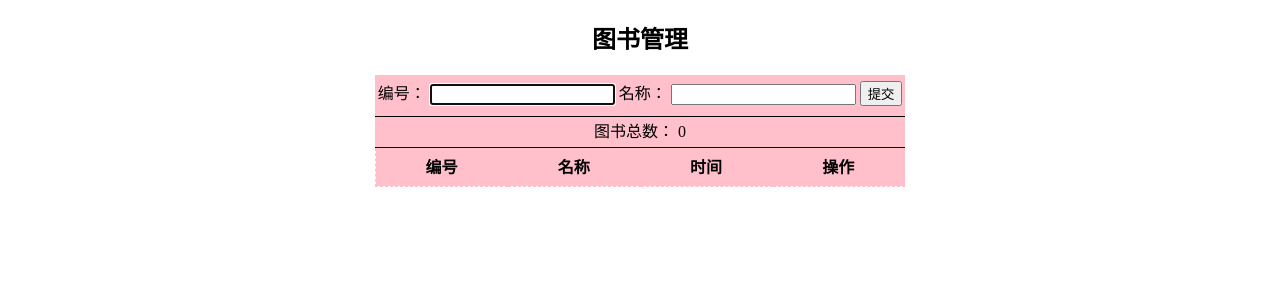
Repository: wjiawei97/FrontEndExercises
Page: 8. book_manegement/public/books.html
The author's editor kept a copy of each file at every save. The page is drawn from the files as they stood at one save, then again after the next save.
The browser window is 1280 px wide. The pictures show the whole page.
The page's requests for data from a server got no answer.

Above is the page before, as saved 2021-08-24 07:07:50.

### 8. book_manegement/public/books.html
<!DOCTYPE html>
<html lang="en">

<head>
    <meta charset="UTF-8">
    <meta http-equiv="X-UA-Compatible" content="IE=edge">
    <meta name="viewport" content="width=device-width, initial-scale=1.0">
    <title>Document</title>
    <link rel="stylesheet" type="text/css" href="css/index.css">
</head>

<body>
    <div id="app">
        <div class="grid">
            <div>
                <h2>图书管理</h2>
                <div class="book">
                    <label for="id">编号：</label>
                    <input type="text" id="id" v-model='id' :disabled="idFlag" v-focus>
                    <label for="name">名称：</label>
                    <input type="text" id="name" v-model='name'>
                    <button @click='handle' :disabled="submitFlag">提交</button>
                </div>
                <div class="total">
                    <span>图书总数：</span>
                    <span>{{total}}</span>
                </div>
            </div>
            <table>
                <thead>
                    <tr>
                        <th>编号</th>
                        <th>名称</th>
                        <th>时间</th>
                        <th>操作</th>
                    </tr>
                </thead>
                <tbody>
                    <tr :key="item.id" v-for='(item,index) in books'>
                        <td>{{item.id}}</td>
                        <td>{{item.name}}</td>
                        <td>{{item.date|format('yyyy-MM-dd')}}</td>
                        <td>
                            <a href="#" @click.prevent='toEdit(item.id)'>修改</a>
                            <span>|</span>
                            <a href="#" @click.prevent='toDelete(item.id)'>删除</a>
                        </td>
                    </tr>
                </tbody>
            </table>
        </div>
    </div>
    <script src="https://cdn.jsdelivr.net/npm/vue@2.6.14/dist/vue.js"></script>
    <script src="https://unpkg.com/axios/dist/axios.min.js"></script>

    <script>
        axios.defaults.baseURL='http://localhost:3000'
        axios.interceptors.response.use((res)=>{
            return res.data
        },(error)=>{
            console.log(error);
        })

        //常用特性：自定义指令
        Vue.directive('focus', {
            inserted: function (el) {
                el.focus()
            }
        })
        //常用特性：过滤器
        Vue.filter('format', function (value, arg) {
            function dateFormat(date, format) {
                if (typeof date === "string") {
                    var mts = date.match(/(\/Date\((\d+)\)\/)/);
                    if (mts && mts.length >= 3) {
                        date = parseInt(mts[2]);
                    }
                }
                date = new Date(date);
                if (!date || date.toUTCString() == "Invalid Date") {
                    return "";
                }
                var map = {
                    "M": date.getMonth() + 1, //月份
                    "d": date.getDate(), //日
                    "h": date.getHours(), //小时
                    "m": date.getMinutes(), //分
                    "s": date.getSeconds(), //秒
                    "q": Math.floor((date.getMonth() + 3) / 3), //季度
                    "S": date.getMilliseconds() //毫秒
                };
                format = format.replace(/([yMdhmsqS])+/g, function (all, t) {
                    var v = map[t];
                    if (v !== undefined) {
                        if (all.length > 1) {
                            v = '0' + v;
                            v = v.substr(v.length - 2);
                        }
                        return v;
                    } else if (t === 'y') {
                        return (date.getFullYear() + '').substr(4 - all.length);
                    }
                    return all;
                });
                return format;
            }
            return dateFormat(value, arg);
        })
        var vm = new Vue({
            el: '#app',
            data: {
                id: '',
                name: '',
                idFlag: false,
                submitFlag:false,
                books: []
            },
            methods: {
                handle: async function () {
                    if (this.idFlag) {
                        //true:禁用状态，则为修改
                        //在books中根据id查找对应的book
                        this.books.some((item) => {
                            if (item.id == this.id) {
                                //将修改后的名称赋值给对应的book
                                item.name = this.name
                                return true
                            }
                        })
                        //修改完成后需要将编号的状态取消禁用
                        this.idFlag = false
                    } else {
                        //否则为添加
                        var ret=await axios.get('books',{
                            name:this.name
                        })
                        if(ret.status===200){
                            //重新加载图书列表数据
                            this.queryData()
                        }
                    }
                    //清空表单
                    this.id = ''
                    this.name = ''
                },
                toEdit: function (id) {
                    //禁止修改id
                    this.idFlag = true
                    //根据id找book
                    var book = this.books.filter(function (item) {
                        return item.id == id
                    })
                    this.id = book[0].id
                    this.name = book[0].name
                },
                toDelete: function (id) {
                    //方法一：利用filter方法把某个book从books中过滤掉
                    this.books = this.books.filter((item) => {
                        return item.id != id
                    })
                    //方法二：根据id找到对应的books索引
                    // var index=this.books.findIndex((item)=>{
                    //     return item.id==id
                    // })
                    // this.books.splice(index,1)
                },
                queryData: async function(){
                    this.books=await axios.get('/books')
                }
            },
            //常用特性：侦听器
            //验证图书名称是否已经存在
            watch:{
                name:function(val){
                    var nameFlag=this.books.some((item)=>{
                        return item.name===val
                    })
                    if(nameFlag){
                        //说明图书名称存在
                        this.submitFlag=true  //禁用提交按钮
                    }else{
                        this.submitFlag=false
                    }
                }
            },
            //常用特性：计算属性
            computed:{
                total:function(){
                    return this.books.length
                }
            },
            //生命周期
            //该生命周期钩子函数被触发时，模板已经可以使用
            //一般用于获取后台数据，然后把数据填充到模板
            mounted:function(){
                // var data=[{
                //     id: 1,
                //     name: '三国演义',
                //     date: 2525609975000
                // }, {
                //     id: 2,
                //     name: '水浒传',
                //     date: 2525609975000
                // }, {
                //     id: 3,
                //     name: '红楼梦',
                //     date: 2525609975000
                // }]
                this.queryData()

            }
        })
    </script>
</body>

</html>

### 8. book_manegement/public/css/index.css
.grid {
    margin: 0 auto;
    width: 530px;
    text-align: center;
}

.grid table {
    width: 100%;
    border-collapse: collapse;
}

.grid th {
    background-color: pink;
}

.grid th,
td {
    border: 1px dashed pink;
    height: 35px;
    line-height: 35px;
}

.grid .book {
    background-color: pink;
    padding: 5px 0 10px;
}
.grid .total{
    height: 30px;
    line-height: 30px;
    background-color: pink;
    border-top: 1px solid #000;
    border-bottom: 1px solid #000;
}

After the next save:
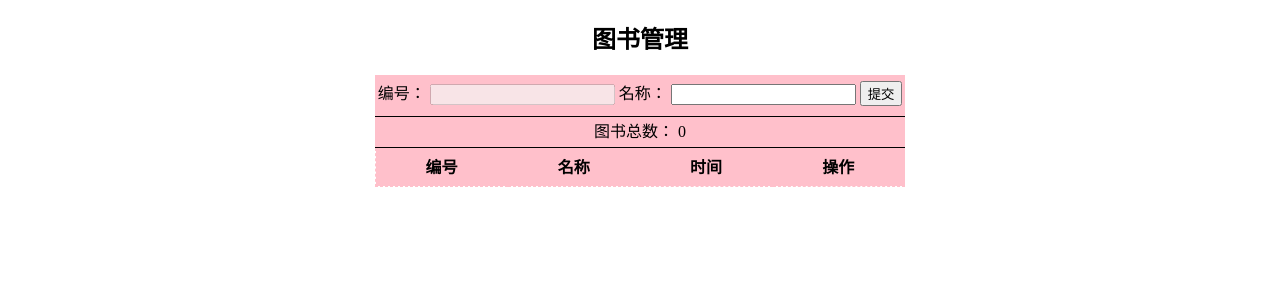
Saved 2 min 13 s later.
--- a/8. book_manegement/public/books.html
+++ b/8. book_manegement/public/books.html
@@ -111,7 +111,7 @@
             data: {
                 id: '',
                 name: '',
-                idFlag: false,
+                idFlag: true,
                 submitFlag:false,
                 books: []
             },

After the save that followed:
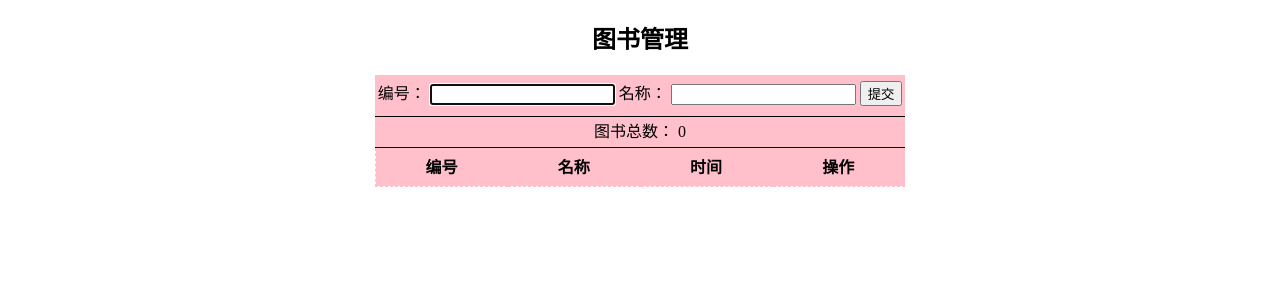
Saved 2 min 54 s later.
--- a/8. book_manegement/public/books.html
+++ b/8. book_manegement/public/books.html
@@ -111,7 +111,7 @@
             data: {
                 id: '',
                 name: '',
-                idFlag: true,
+                idFlag: false,
                 submitFlag:false,
                 books: []
             },
